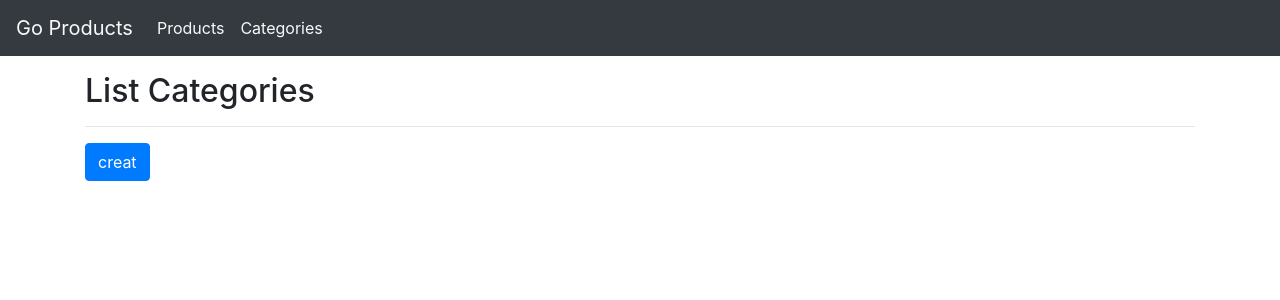
Repository: Nouthemoran/go-web-native-crud
Page: views/category/index.html
An editor plug-in stored every save of this project. The page is shown before and after a run of saves, followed by the edit.
The browser window is 1280 px wide. The pictures show the whole page.

Above is the page before, as saved 2023-10-04 15:37:27.

### views/category/index.html
<!doctype html>
<html lang="en">
  <head>
    <!-- Required meta tags -->
    <meta charset="utf-8">
    <meta name="viewport" content="width=device-width, initial-scale=1, shrink-to-fit=no">

    <!-- Bootstrap CSS -->
    <link rel="stylesheet" href="https://cdn.jsdelivr.net/npm/bootstrap@4.3.1/dist/css/bootstrap.min.css" integrity="sha384-ggOyR0iXCbMQv3Xipma34MD+dH/1fQ784/j6cY/iJTQUOhcWr7x9JvoRxT2MZw1T" crossorigin="anonymous">

    <title>golang project</title>
  </head>
  <body>
    <!-- Navbar -->
    <nav class="navbar navbar-expand-lg bg-dark">
        <a class="navbar-brand text-light" href="#">Go Products</a>
        <button class="navbar-toggler" type="button" data-toggle="collapse" data-target="#navbarNav" aria-controls="navbarNav" aria-expanded="false" aria-label="Toggle navigation">
          <span class="navbar-toggler-icon"></span>
        </button>
        <div class="collapse navbar-collapse" id="navbarNav">
          <ul class="navbar-nav ms-auto">
            <li class="nav-item active">
              <a class="nav-link text-light" href="/products">Products<span class="sr-only">(current)</span></a>
            </li>
            <li class="nav-item">
              <a class="nav-link text-light" href="/categories">Categories</a>
            </li>
          </ul>
        </div>
      </nav>
    <!-- End of Navbar -->

    <div class="container mt-3">
        <h2>List Categories</h2>
        <hr>
        <a href="/category/create" class="btn btn-primary">creat</a>

    </div>

    <!-- Optional JavaScript -->
    <!-- jQuery first, then Popper.js, then Bootstrap JS -->
    <script src="https://code.jquery.com/jquery-3.3.1.slim.min.js" integrity="sha384-q8i/X+965DzO0rT7abK41JStQIAqVgRVzpbzo5smXKp4YfRvH+8abtTE1Pi6jizo" crossorigin="anonymous"></script>
    <script src="https://cdn.jsdelivr.net/npm/popper.js@1.14.7/dist/umd/popper.min.js" integrity="sha384-UO2eT0CpHqdSJQ6hJty5KVphtPhzWj9WO1clHTMGa3JDZwrnQq4sF86dIHNDz0W1" crossorigin="anonymous"></script>
    <script src="https://cdn.jsdelivr.net/npm/bootstrap@4.3.1/dist/js/bootstrap.min.js" integrity="sha384-JjSmVgyd0p3pXB1rRibZUAYoIIy6OrQ6VrjIEaFf/nJGzIxFDsf4x0xIM+B07jRM" crossorigin="anonymous"></script>
  </body>
</html>

After the next 2 saves:
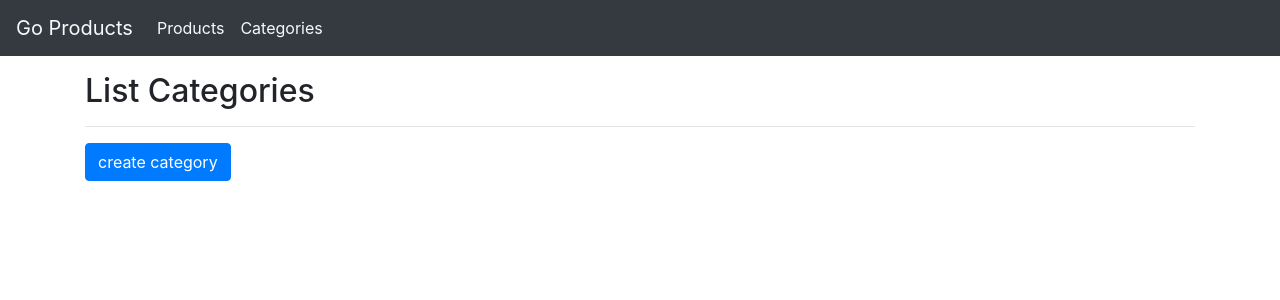
The 2 saves are shown as one change because they came seconds apart.
The last was saved 9 s later.
--- a/views/category/index.html
+++ b/views/category/index.html
@@ -33,7 +33,7 @@
     <div class="container mt-3">
         <h2>List Categories</h2>
         <hr>
-        <a href="/category/create" class="btn btn-primary">creat</a>
+        <a href="/category/create" class="btn btn-primary">create category</a>
 
     </div>
 
